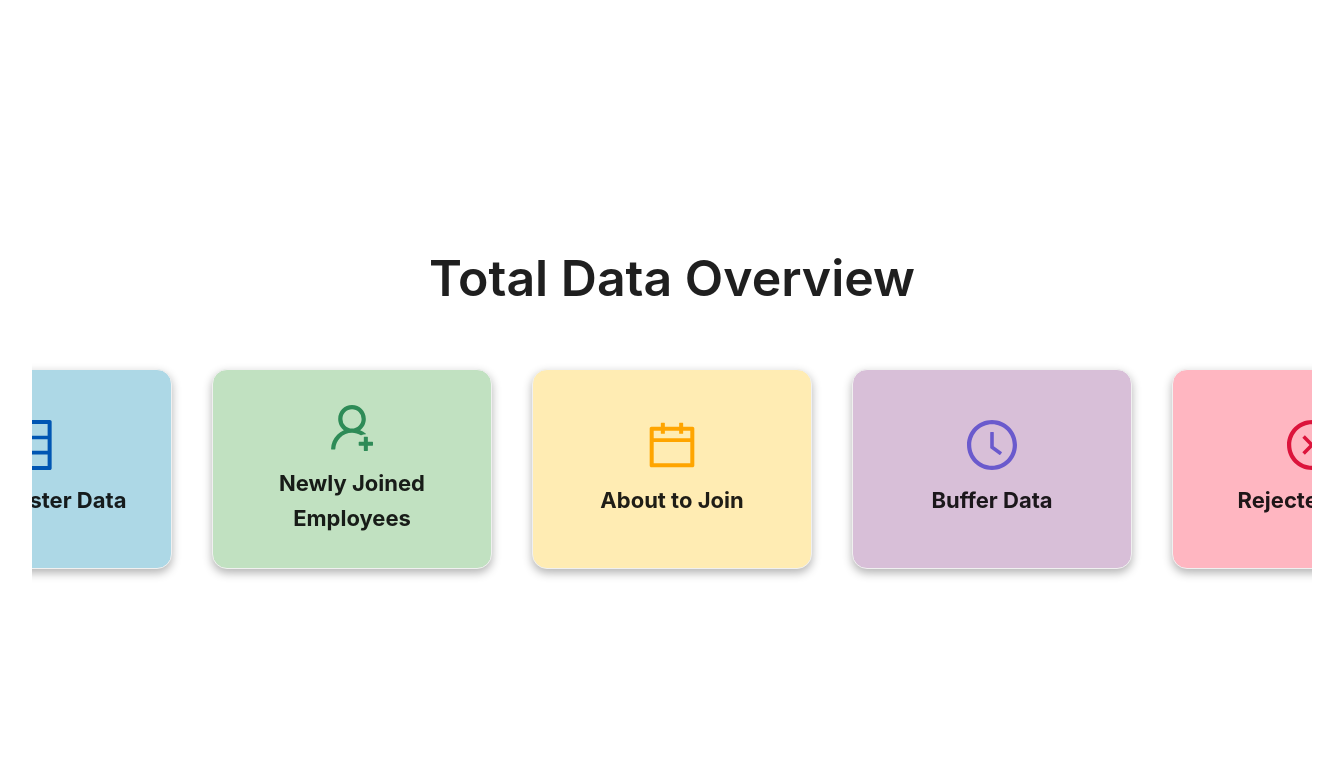
Repository: Moqueed/Delta_Iot
Page: /total-data (app in client/)
The author's editor kept a copy of each file at every save. The page is drawn from the files as they stood at one save, then again after the next save.
The browser window is 1280 px wide. The page is 1344 px wide, so the pictures cover 1344 px, including what lies to the right of the window. The pictures show the whole page.
The project was rebuilt for these pictures with package versions that can differ from the ones it lists, and the page was loaded fresh each time. Also part of the build but not shown: client/vite.config.js, client/src/api/index.js, client/src/api/users.js, client/src/pages/Register/index.jsx, client/src/pages/Login/index.jsx, client/src/components/ProtectedRoute.jsx, client/src/pages/HR/HRDashboard.jsx, client/src/pages/Admin/AdminDashboard.jsx.

Above is the page before, as saved 2025-03-13 23:01:27.

After the next save:
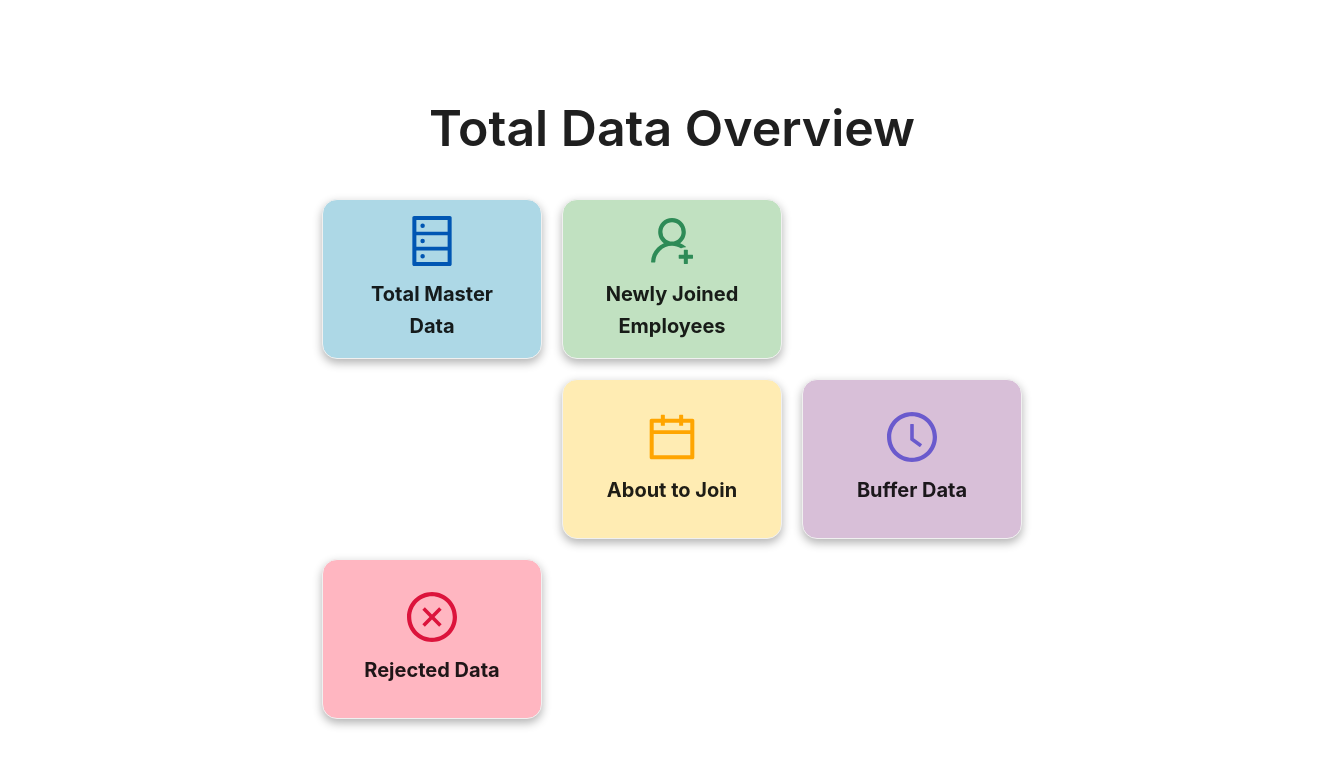
Saved 2 min 15 s later.
--- a/client/src/pages/HR/TotalDataPage.jsx
+++ b/client/src/pages/HR/TotalDataPage.jsx
@@ -14,8 +14,8 @@ const TotalDataPage = () => {
   ];
 
   const cardStyle = {
-    width: "280px",
-    height: "200px",
+    width: "220px",
+    height: "160px",
     display: "flex",
     flexDirection: "column",
     alignItems: "center",
@@ -23,7 +23,7 @@ const TotalDataPage = () => {
     borderRadius: "15px",
     boxShadow: "0 4px 10px rgba(0, 0, 0, 0.3)",
     fontWeight: "bold",
-    fontSize: "22px",
+    fontSize: "20px",
     cursor: "pointer",
     transition: "transform 0.3s ease, box-shadow 0.3s ease",
   };
@@ -48,7 +48,7 @@ const TotalDataPage = () => {
         alignItems: "center",
         justifyContent: "center",
         backgroundColor: "#ffffff",
-        gap: "40px",
+        gap: "20px",
         overflow: "hidden",
       }}
     >
@@ -56,11 +56,18 @@ const TotalDataPage = () => {
         Total Data Overview
       </Title>
 
-      <div style={{ display: "flex", gap: "40px" }}>
+      <div style={{
+        display: "grid",
+        gridTemplateColumns: "1fr 1fr 1fr",
+        gridTemplateRows: "1fr 1fr",
+        gap: "20px",
+        justifyItems: "center",
+        alignItems: "center"
+      }}>
         {sections.map((section, index) => (
           <Card
             key={index}
-            style={{ ...cardStyle, backgroundColor: section.color }}
+            style={{ ...cardStyle, backgroundColor: section.color, gridColumn: index === 2 ? "2 / 3" : "auto" }}
             onMouseEnter={handleHover}
             onMouseLeave={handleLeave}
           >
